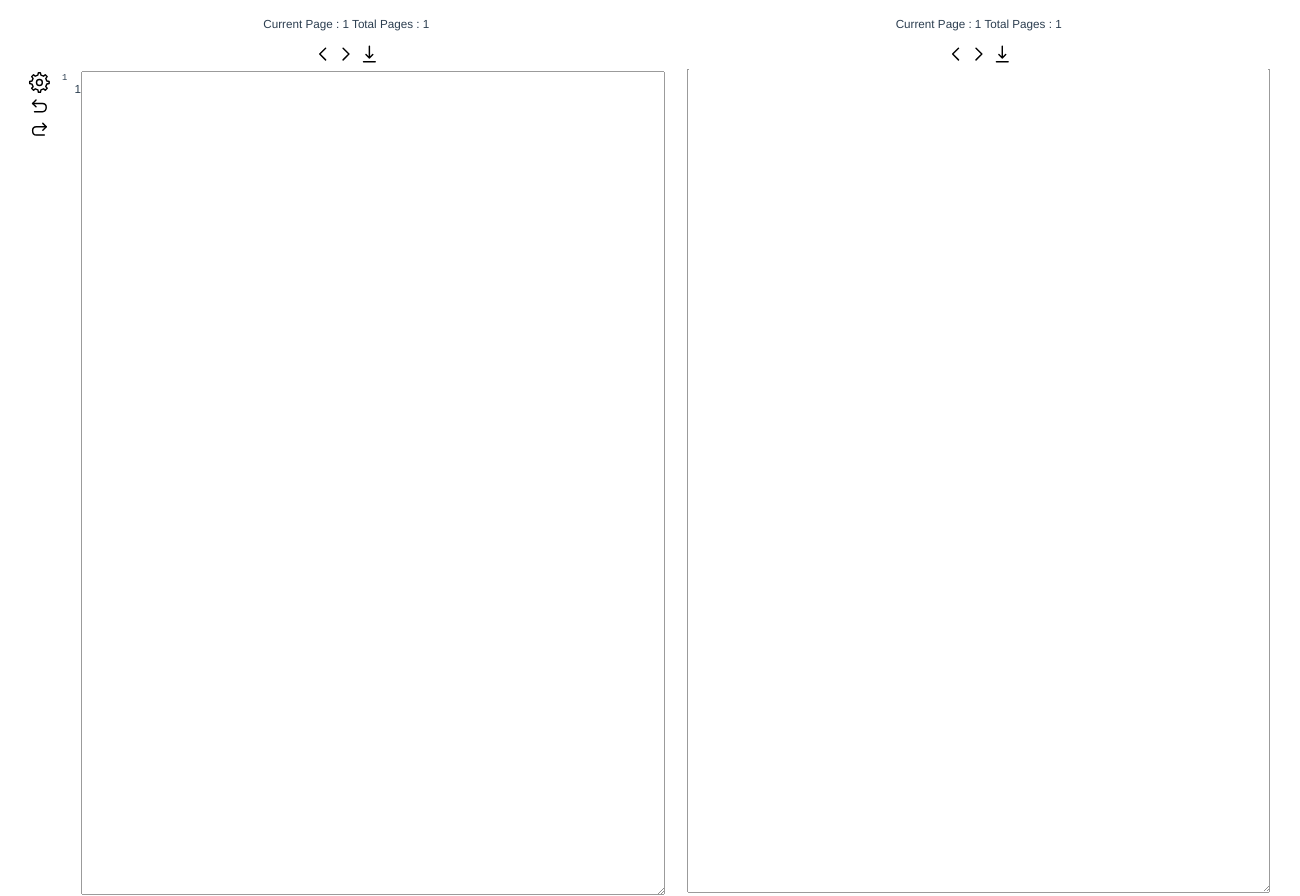
Repository: 321paranoiawhy/online-resume
Page: /
The author's editor kept a copy of each file at every save. The page is drawn from the files as they stood at one save, then again after the next save.
The browser window is 1280 px wide. The page is 1741 px wide, then 1781 px, so the pictures cover 1781 px, including what lies to the right of the window. The pictures show the whole page, at 73% of full size.
The project was rebuilt for these pictures with package versions that can differ from the ones it lists, and the page was loaded fresh each time. Also part of the build but not shown: vue.config.js, src/components/Header.vue, src/components/Introduction.vue, src/components/Footer.vue.

Above is the page before, as saved 2022-05-28 21:31:53.

### src/main.js
import { createApp } from 'vue'
import App from './App.vue'
import router from './router'
import store from './store'

// 引入公共样式 common.css
import './css/common.css'
createApp(App).use(store).use(router).mount('#app')

### src/App.vue
<template>
    <!-- <nav>
    <router-link to="/">Home</router-link> |
  </nav> -->
    <router-view />
</template>

<style lang="scss">
html,
body,
#app {
    height: 100%;
}
#app {
    font-family: Avenir, Helvetica, Arial, sans-serif;
    -webkit-font-smoothing: antialiased;
    -moz-osx-font-smoothing: grayscale;
    text-align: center;
    color: #2c3e50;
}
</style>

### src/store/index.js
import { createStore } from 'vuex'

export default createStore({
  state: {
    leftLine: 1,
    leftColumn: 0,
    rightLine: 1,
    rightColumn: 0,
    lineNumbersArray: [1],
  },
  getters: {
  },
  mutations: {
    // 左边 input 行数
    getLeftLine(state, data) {
      state.leftLine = data;
      // console.log(state.leftLine);
    },
    // 右边 当前列数
    getLeftColumn(state, data) {
      state.leftColumn = data;
    },
    // 右边 input 行数
    getRightLine(state, data) {
      state.rightLine = data;
    },
    // 右边 当前列数
    getRightColumn(state, data) {
      state.rightColumn = data;
    },
    getLineNumbersArray(state, data) {
      state.lineNumbersArray = data;
      console.log(state.lineNumbersArray);
      console.log([...state.lineNumbersArray]);
    },
  },
  actions: {
  },
  modules: {
  }
})

### src/css/common.css
textarea.left-textarea {
    width: 210mm;
    height: 297mm;
    /* 字体大小 */
    font-size: 12px;
    /* 行高 */
    line-height: 18px;
}
textarea.right-textarea {
    /* 1 in = 25.4 mm = 96 px */
    width: 210mm; /* 210 * 96 / 25.4 = 793.7 px */
    height: 297mm; /* 297 * 96 / 25.4 = 1122.52 px */
}
img {
    width: 32px;
    height: 32px;
    cursor: pointer;
}

### src/views/HomeView.vue
<template>
    <!-- <TopHeader></TopHeader> -->
    <!-- <Introduction></Introduction> -->
    <div class="main-flex">
        <LeftInput class="left-input"></LeftInput>
        <RightOutput></RightOutput>
    </div>
    <!-- <BottomFooter></BottomFooter> -->
</template>

<script>
// @ is an alias to /src
import TopHeader from "@/components/Header.vue";
import Introduction from "@/components/Introduction.vue";
import LeftInput from "@/components/LeftInput.vue";
import RightOutput from "@/components/RightOutput.vue";
import BottomFooter from "@/components/Footer.vue";

// 功能拆解
// 下载源码和渲染结果文件(HTML&CSS, PDF, DOCX), 使用 Pandoc
// LaTeX 语法支持 (引入 MathJax)
// JavaScript 实现 解析
// common.css 负责特定样式
// 切换主题或者切换模板
// 主题 白天 黑夜
// 模板 暂定唯一模板 后续定制更多模板 (寻找优雅的 resume 模板)

export default {
    name: "HomeView",
    components: {
        TopHeader,
        Introduction,
        LeftInput,
        RightOutput,
        BottomFooter,
    },
};
</script>

<style scoped lang="scss">
div.main-flex {
    display: flex;
    width: fit-content;
    & .left-input {
        margin-left: 30px;
        margin-right: 30px;
    }
}
</style>

### src/components/LeftInput.vue
<template>
    <div class="left-input-flex-column">
        <p>
            Current Page : {{ currentInputPage }} Total Pages :
            {{ totalInputPage }}
        </p>
        <!-- <p>Ln {{ currentLine }} Col {{ currentColumn }}</p> -->
        <div>
            <img
                v-for="(item, index) in leftInputImage"
                :key="index"
                :src="require('../assets/images/' + item.img_src + '.svg')"
                alt=""
            />
        </div>
        <div class="flex">
            <Sidebar></Sidebar>
            <LineNumbers></LineNumbers>
            <textarea
                spellcheck="true"
                class="left-textarea"
                ref="input"
                @input="compileInput"
            ></textarea>
        </div>
    </div>
</template>

<script>
import leftInputImage from "/public/data/leftInputImage.json";
import Sidebar from "@/components/Sidebar.vue";
import LineNumbers from "@/components/LineNumbers.vue";
import { reactive, ref } from "@vue/reactivity";
import { onMounted, watch } from "@vue/runtime-core";
import { useStore } from "vuex";

export default {
    name: "LeftInput",
    components: {
        Sidebar,
        LineNumbers,
    },
    setup() {
        let currentInputPage = 1;
        let totalInputPage = 1;
        let input = ref(null);
        const store = useStore();

        // vue2 this.$refs.input 获取到 DOM 元素
        // vue3 mounted 后方可获取到 DOM 元素
        onMounted(() => {
            // console.log(input.value);
            // console.log(input.value.value);
            // console.log(input.value.value.length);
            // store.commit("getLeftLine", 0);
        });
        let compileInput = () => {
            console.log(input.value.value.split("\n"));
            // store.commit("getLeftLine", input.value.value.length);
            // let length = ref(null);
            // length.value = input.value.value.length;
            // store.commit("getLeftLine", input.value.value.split("\n").length);
            let lineNumbersArray = Array.from(
                { length: input.value.value.split("\n").length },
                (_, index) => index + 1
            );
            store.commit("getLineNumbersArray", lineNumbersArray);

            // const data = reactive({
            //     splitArray: input.value.value.split("\n"),
            //     length: splitArray.length,
            // });
            // console.log(input.value.value.length);
        };
        return {
            leftInputImage,
            currentInputPage,
            totalInputPage,
            input,
            store,
            compileInput,
            // ...toRefs(data),
        };
    },
};
</script>

<style scoped lang="scss">
.left-input-flex-column {
    display: flex;
    flex-direction: column;
    & div.flex {
        display: flex;
        // 3px 为 left-textarea 的 border(1) + padding(2)
        margin: 3px 0 0;
    }
}
</style>

### src/components/RightOutput.vue
<template>
    <div class="right-output-flex-column">
        <p>
            Current Page : {{ currentOutputPage }} Total Pages :
            {{ totalOutputPage }}
        </p>
        <div>
            <img
                v-for="(item, index) in rightOutputImage"
                :key="index"
                :src="require('../assets/images/' + item.img_src + '.svg')"
                alt=""
            />
        </div>
        <textarea spellcheck="true" class="right-textarea"></textarea>
    </div>
</template>

<script>
import rightOutputImage from "/public/data/rightOutputImage.json";
export default {
    name: "RightInput",
    setup() {
        let currentOutputPage = 1;
        let totalOutputPage = 1;
        return {
            currentOutputPage,
            totalOutputPage,
            rightOutputImage,
        };
    },
};
</script>

<style scoped lang="scss">
.right-ouput-flex-column {
    display: flex;
    flex-direction: column;
}
</style>

### public/data/leftInputImage.json
[
    {
        "img_src": "IconoirNavArrowLeft"
    },
    {
        "img_src": "IconoirNavArrowRight"
    },
    {
        "img_src": "IconoirDownload"
    }
]

### src/components/Sidebar.vue
<template>
    <div class="sidebar-flex-column">
        <img
            v-for="(item, index) in sidebarImage"
            :key="index"
            :src="require('../assets/images/' + item.img_src + '.svg')"
            alt=""
        />
    </div>
</template>

<script>
// 引入图片 json 数据文件
import sidebarImage from "/public/data/sidebarImage.json";

export default {
    name: "Sidebar",
    setup() {
        return {
            sidebarImage,
        };
    },
};
</script>

<style scoped lang="scss">
.sidebar-flex-column {
    display: flex;
    flex-direction: column;
    width: fit-content;
    height: fit-content;
}
</style>

### src/components/LineNumbers.vue
<template>
    <ul>
        <li v-for="(item, index) in array" :key="index">
            {{ item }}
        </li>
    </ul>
    <p>{{ store.state.leftLine }}</p>
</template>

<script>
import { ref } from "@vue/reactivity";
import { watch } from "@vue/runtime-core";
import { useStore } from "vuex";

export default {
    name: "LineNumbers",
    setup() {
        const store = useStore();
        let array = [...store.state.lineNumbersArray];
        // // console.log(store.state.leftLine);
        // // Array.from({ length: store.state.leftLine },(_,index)=>index+1);
        // let lineNumbersArray;
        // watch(store.state.lineNumbersArray, () => {
        //     array = ref([...store.state.lineNumbersArray]);
        // });
        // // let lineNumbersArray = Array.from(
        // //     { length: store.state.leftLine },
        // //     (_, index) => index + 1
        // // );
        // console.log(lineNumbersArray);
        return {
            // lineNumbersArray,
            store,
            array,
        };
    },
};
</script>

<style scoped lang="scss">
ul li {
    list-style-type: none;
}
ul {
    margin: 0 10px 0 15px;
    padding: 0;
    // 字体大小
    font-size: 12px;
    // 行高
    line-height: 18px;
    font-family: monospace;
}
</style>

### public/data/rightOutputImage.json
[
    {
        "img_src": "IconoirNavArrowLeft"
    },
    {
        "img_src": "IconoirNavArrowRight"
    },
    {
        "img_src": "IconoirDownload"
    }
]

### public/data/sidebarImage.json
[
    {
        "img_src": "IconoirSettings"
    },
    {
        "img_src": "IconoirUndo"
    },
    {
        "img_src": "IconoirRedo"
    }
]

Loaded but not shown: public/index.html (common file); src/router/index.js (common file)

After the next save:
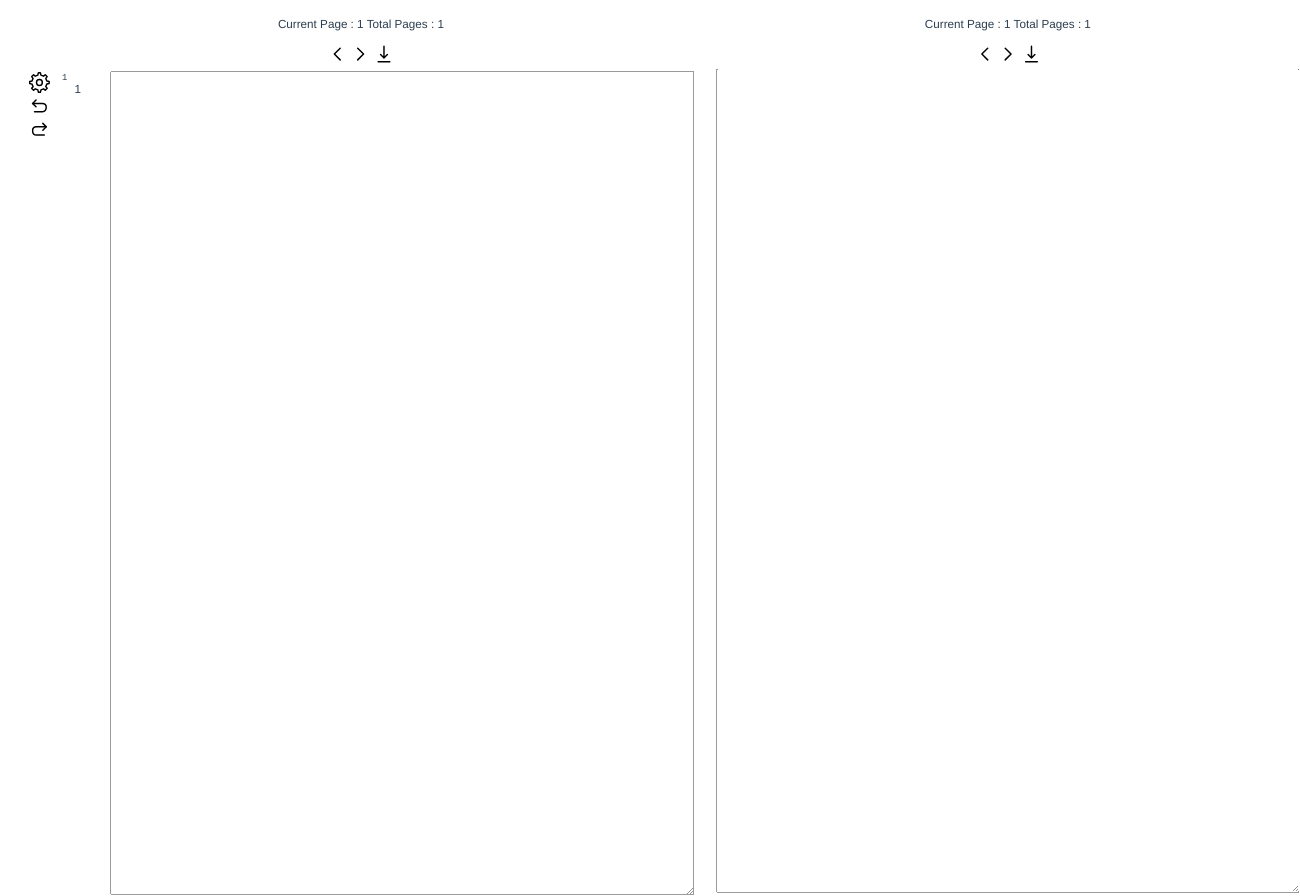
Saved 42 s later.
--- a/src/components/LeftInput.vue
+++ b/src/components/LeftInput.vue
@@ -16,6 +16,11 @@
         <div class="flex">
             <Sidebar></Sidebar>
             <LineNumbers></LineNumbers>
+            <ul>
+                <li v-for="(item, index) in array" :key="index">
+                    {{ item }}
+                </li>
+            </ul>
             <textarea
                 spellcheck="true"
                 class="left-textarea"
